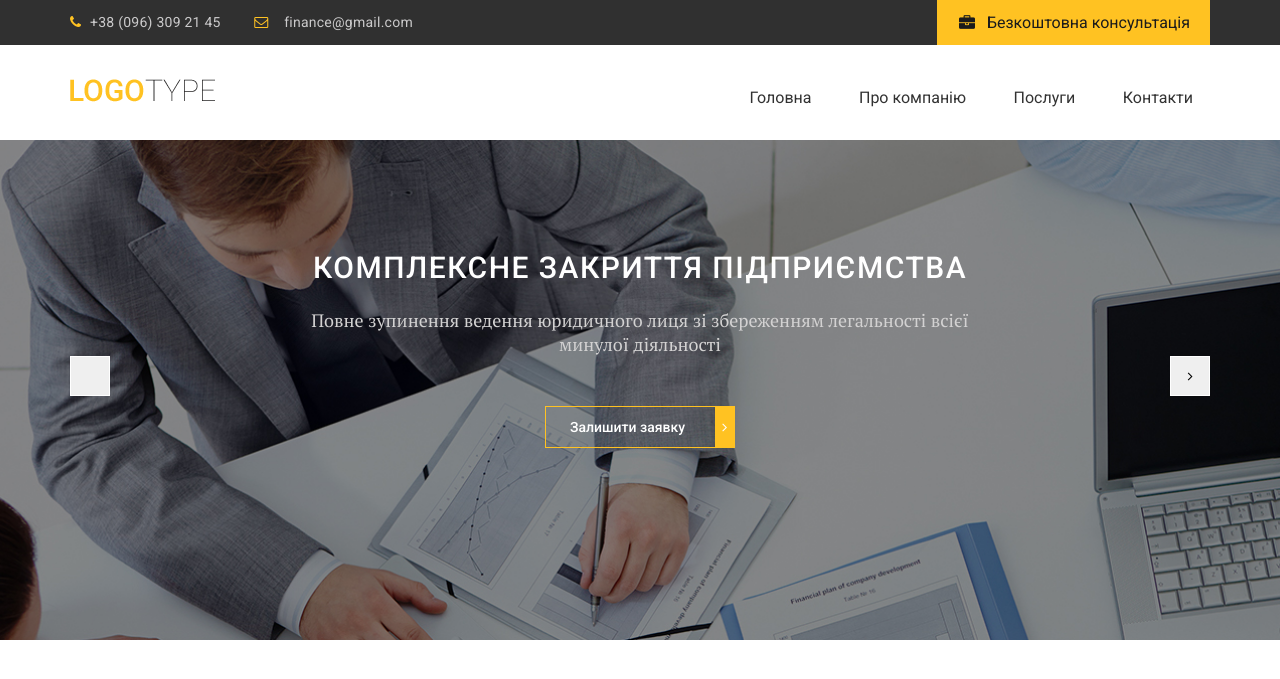
Repository: oliachipko/companysait
Page: index.html
These files come from the project's save history. The page is drawn as it stood at one moment and after the next save; the edit follows.
The browser window is 1280 px wide. The pictures show the whole page.

Above is the page before, as saved 2020-11-17 21:02:47.

After the next save:
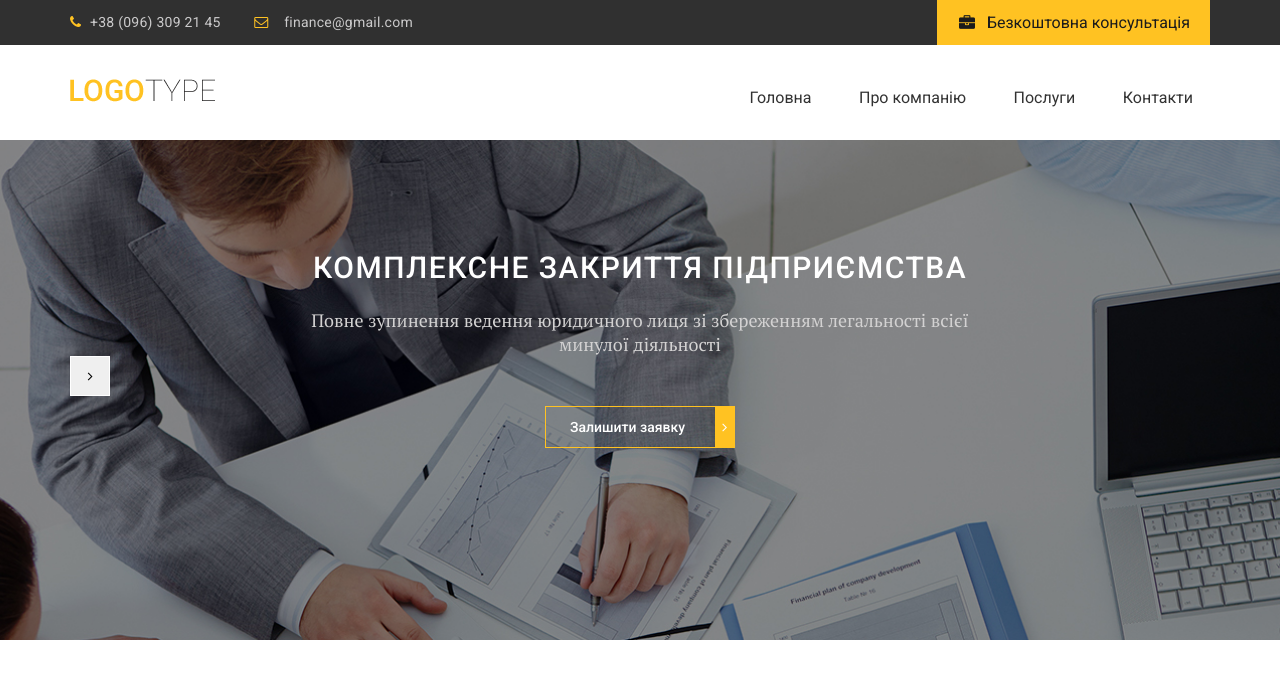
Saved 33 s later.
--- a/css/style.css
+++ b/css/style.css
@@ -184,8 +184,8 @@
 }
 .slick-next:before{
     content: "\f105";
-
 }
+.slick
 .slick-next{
     right: 0;
 }

After the 2 saves that followed:
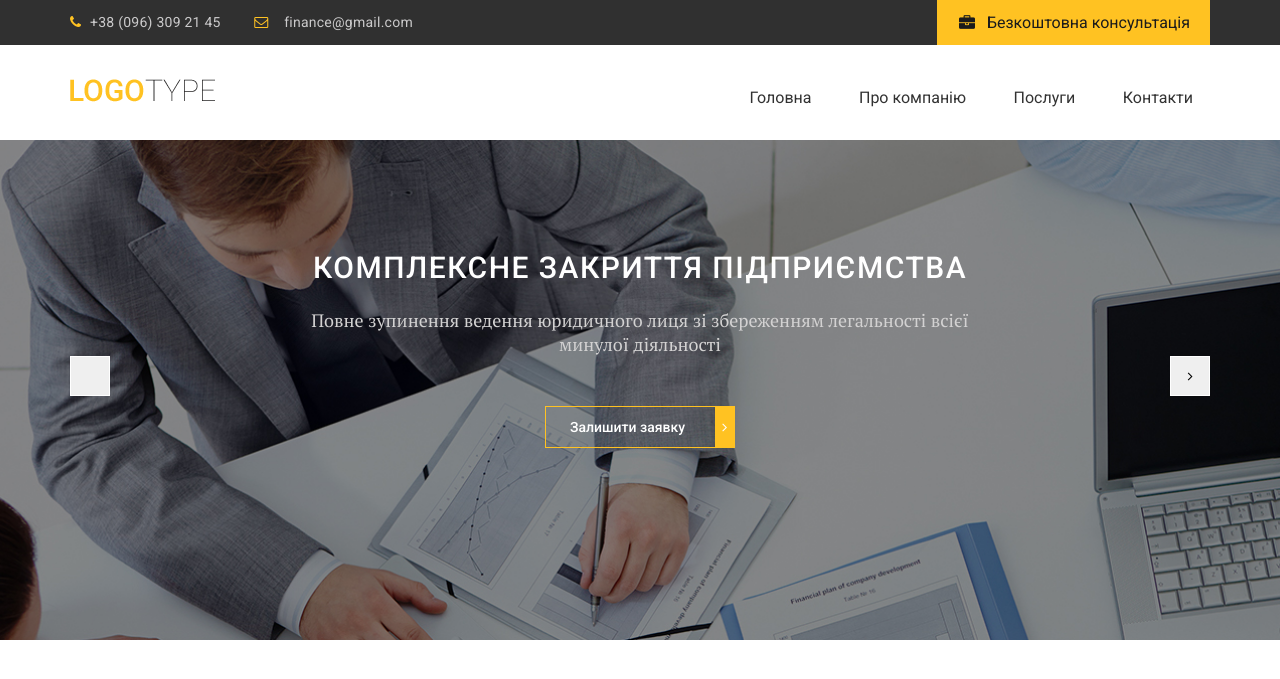
The 2 saves are shown as one change because 1 left the picture as it was.
The last was saved 18 s later.
--- a/css/style.css
+++ b/css/style.css
@@ -185,7 +185,9 @@
 .slick-next:before{
     content: "\f105";
 }
-.slick
+.slick-prev:before {
+
+}
 .slick-next{
     right: 0;
 }
